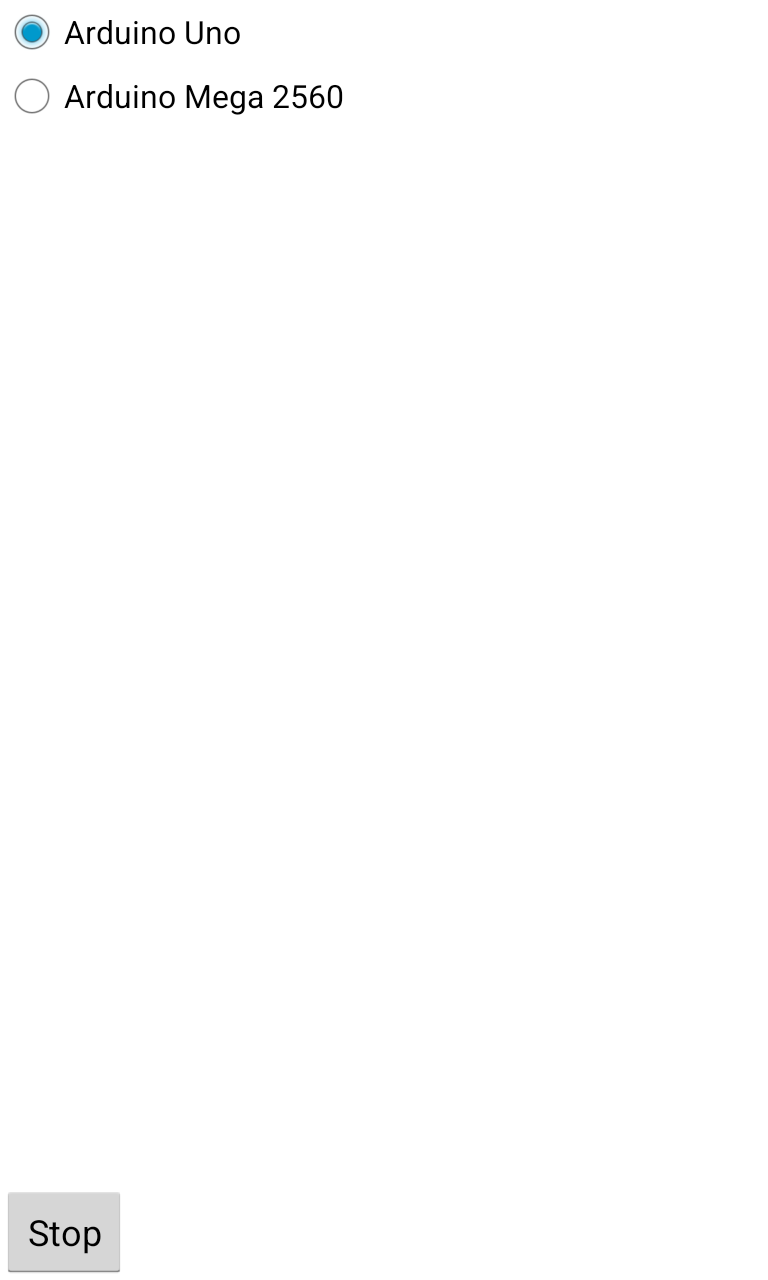
Repository: No9/R2993
Layout: Relay01/res/layout/activity_relay_manager.xml
The author's editor kept a copy of each file at every save. The layout is drawn from the files as they stood at one save, then again after the next save.
It is drawn on a 768 x 1280 px phone screen (xhdpi) without system bars, with theme AppTheme; the app's code is not run.

Above is the layout before, as saved 2012-10-30 11:45:43.

### Relay01/res/layout/activity_relay_manager.xml
<?xml version="1.0" encoding="utf-8"?>
<LinearLayout xmlns:android="http://schemas.android.com/apk/res/android"
    android:layout_width="fill_parent"
    android:layout_height="fill_parent"
    android:orientation="vertical" >

     <RadioGroup
        android:id="@+id/radioBoardType"
        android:layout_width="wrap_content"
        android:layout_height="wrap_content" >

        <RadioButton
            android:id="@+id/radioUno"
            android:layout_width="wrap_content"
            android:layout_height="wrap_content"
            android:text="@string/radio_uno"
            android:checked="true" />

        <RadioButton
            android:id="@+id/radioMega"
            android:layout_width="wrap_content"
            android:layout_height="wrap_content"
            android:text="@string/radio_mega" />

    </RadioGroup>

     <Button
        android:id="@+id/btnStart"
        android:layout_width="0dp"
        android:layout_weight="1"
        android:layout_height="0dp"
        android:text="@string/btn_start" />
     <Button
        android:id="@+id/btnStop"
        android:layout_width="wrap_content"
        android:layout_height="wrap_content"
        android:text="@string/btn_stop" />
</LinearLayout>

### Relay01/res/values/strings.xml
<resources>

    <string name="app_name">Relay01</string>
    <string name="menu_settings">Settings</string>
    <string name="title_activity_relay_manager">Relay Manager</string>
	<string name="radio_uno">Arduino Uno</string>
    <string name="radio_mega">Arduino Mega 2560</string>
    <string name="btn_start">Start</string>
    <string name="btn_stop">Stop</string>
</resources>

Loaded but not shown: Relay01/res/values-v11/styles.xml (common file); Relay01/res/values-v14/styles.xml (common file); Relay01/res/values/styles.xml (common file)

After the next save:
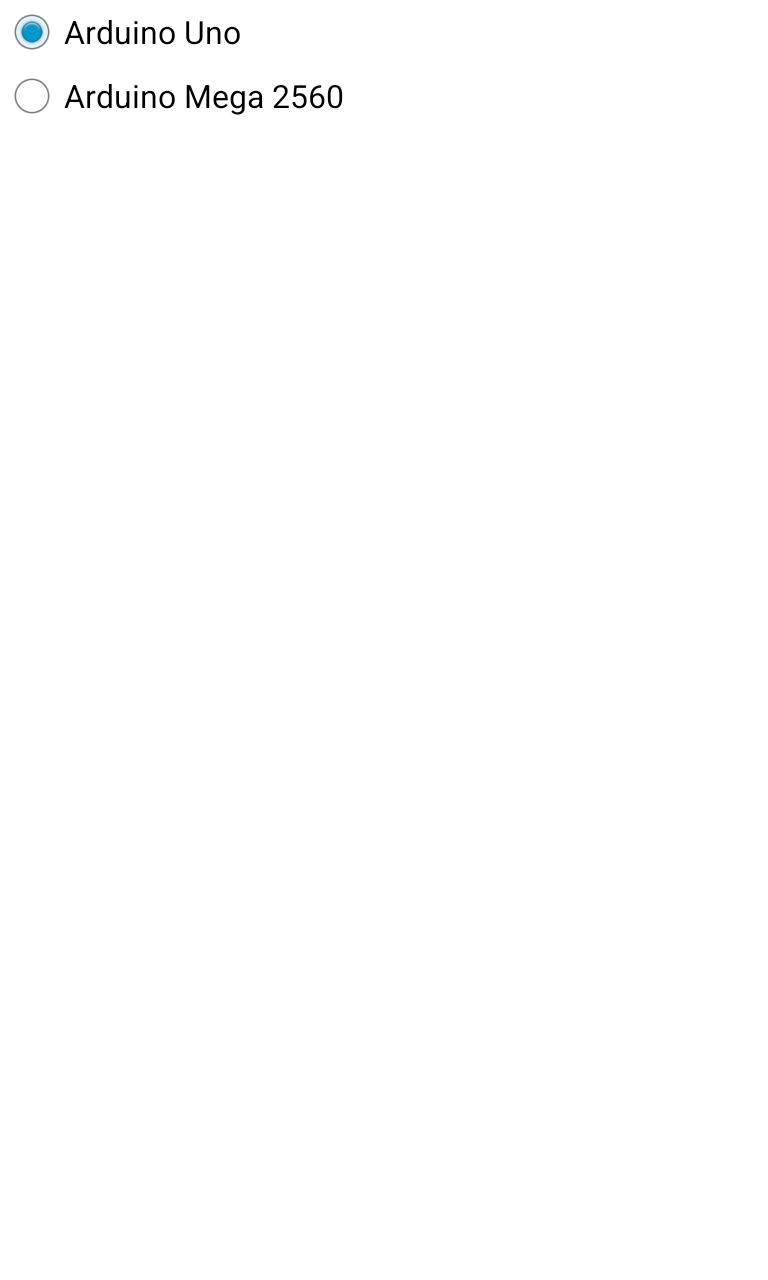
Saved 38 s later.
--- a/Relay01/res/layout/activity_relay_manager.xml
+++ b/Relay01/res/layout/activity_relay_manager.xml
@@ -29,10 +29,10 @@
         android:layout_width="0dp"
         android:layout_weight="1"
         android:layout_height="0dp"
-        android:text="@string/btn_start" />
+        android:text="@string/btn_start" /><!--
      <Button
         android:id="@+id/btnStop"
         android:layout_width="wrap_content"
         android:layout_height="wrap_content"
-        android:text="@string/btn_stop" />
+        android:text="@string/btn_stop" /> -->
 </LinearLayout>

After the save that followed:
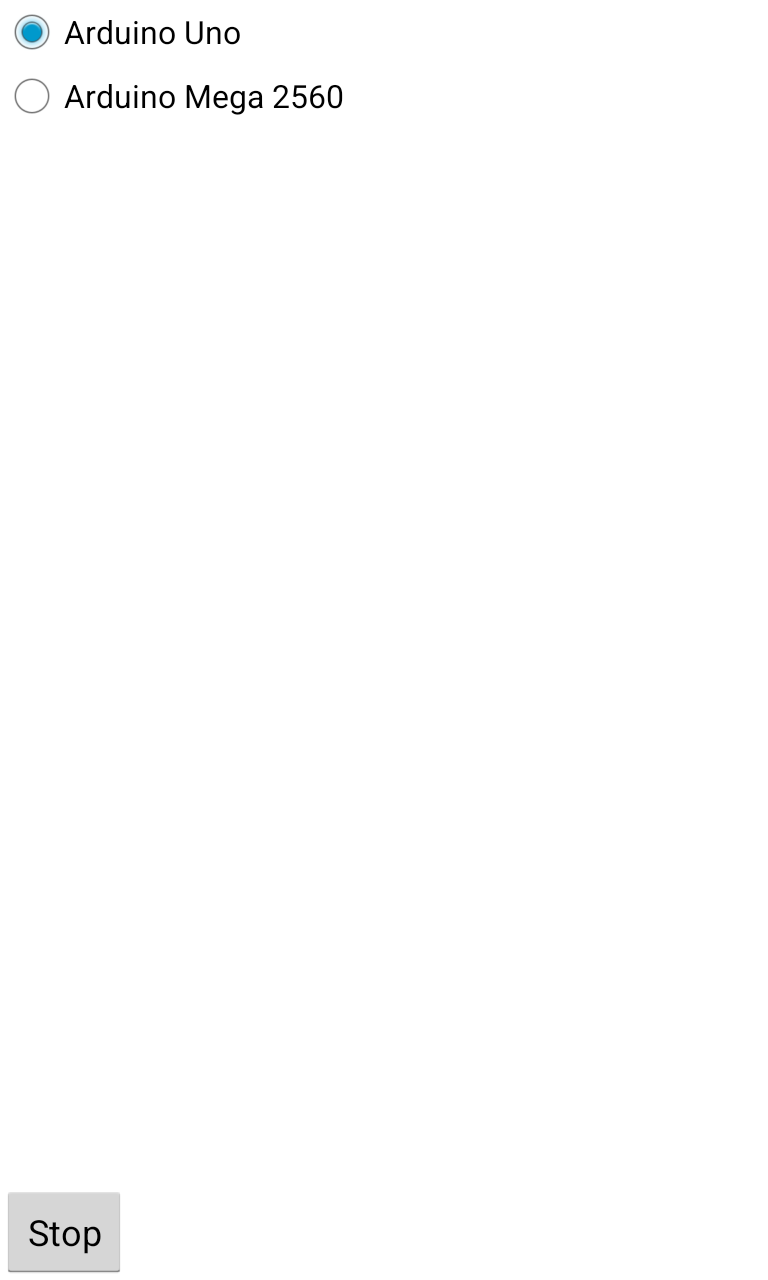
Saved 30 s later.
--- a/Relay01/res/layout/activity_relay_manager.xml
+++ b/Relay01/res/layout/activity_relay_manager.xml
@@ -29,10 +29,10 @@
         android:layout_width="0dp"
         android:layout_weight="1"
         android:layout_height="0dp"
-        android:text="@string/btn_start" /><!--
+        android:text="@string/btn_start" />
      <Button
         android:id="@+id/btnStop"
         android:layout_width="wrap_content"
         android:layout_height="wrap_content"
-        android:text="@string/btn_stop" /> -->
+        android:text="@string/btn_stop" />
 </LinearLayout>
